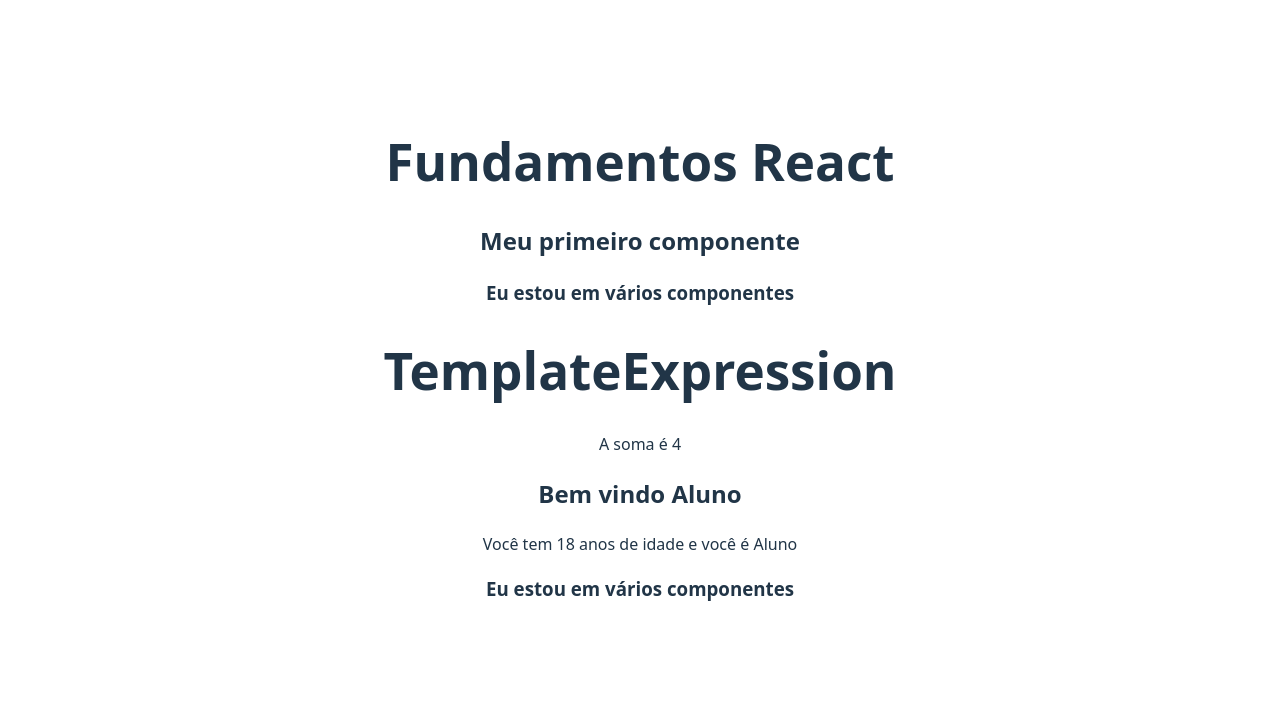
Repository: bellincanta/ReactNative
Page: / (app in Projetos/aulaReact/)
An editor plug-in stored every save of this project. The page is shown before and after the next save, followed by the edit.
The browser window is 1280 px wide. The pictures show the whole page.
The project was rebuilt for these pictures with package versions that can differ from the ones it lists, and the page was loaded fresh each time. Also part of the build but not shown: Projetos/aulaReact/vite.config.ts.

Above is the page before, as saved 2025-06-12 15:57:51.

### Projetos/aulaReact/src/App.tsx
//importação de componentes
import PrimeiroComponente from './components/PrimeiroComponente'
import TemplateExpression from './components/TemplateExpression'
import MeuComponente from './components/MeuComponente'
import Evento from './components/Evento'
import './App.css'

function App() {
  //comentário
  return (
    <>
      <div>
        {/*comentário JSX */}
       <h1>Fundamentos React</h1>
       <PrimeiroComponente/>
       <TemplateExpression/>
       <MeuComponente/>
       <Evento/>

      </div>
    </>
  )
}

export default App

### Projetos/aulaReact/src/components/PrimeiroComponente.tsx
import MeuComponente from "./MeuComponente"

//Criando componente
const PrimeiroComponente = () => {
    return (
        <div>
            <h2>Meu primeiro componente</h2>
            <MeuComponente/>
        </div>
    )
}

export default PrimeiroComponente

### Projetos/aulaReact/src/components/TemplateExpression.tsx
//Template expression

const TemplateExpression = () => {
  const name = "Aluno"

  const data = {
    idade: 18,
    funcao: "Aluno"
  }

  return (
    <div>
        <h1>TemplateExpression</h1>
        <p>A soma é { 2 + 2} </p>
        <h2>Bem vindo {name} </h2>
        <p>
          Você tem {data.idade} anos de idade e você é {data.funcao}
        </p>
    </div>
  )
}

export default TemplateExpression

### Projetos/aulaReact/src/components/MeuComponente.tsx


const MeuComponente = () => {
  return (
    <div>
        <h3>Eu estou em vários componentes</h3>
    </div>
  )
}

export default MeuComponente

### Projetos/aulaReact/src/components/Evento.tsx


const Evento = () => {

  const a : number = 10
  const b : number = 2
  const handleClick = () => {
    console.log("Executou")
  }

  //Função de renderização
  const renderSomething = (x: boolean) => {
    if (x) {
      return <h1>Renderizando verdadeiro!</h1>
    } else {
      return <h1>Renderizando falso!</h1>
    }
  }

return (b > a) && <p>Carregando....</p>

  return (
    <div>
        <button onClick={()=> console.log("Testando um evento")}>
            Clique aqui!
        </button>
      {/* Evento com função */}
      <div>
        <button onClick={handleClick}>Clique aqui com função</button>
      </div>
      {/* Função render */}
      {renderSomething(true)}
      {renderSomething(false)}
    </div>
  )
}

export default Evento

Loaded but not shown: Projetos/aulaReact/index.html (common file); Projetos/aulaReact/src/main.tsx (common file); Projetos/aulaReact/src/index.css (common file); Projetos/aulaReact/src/App.css (common file)

After the next save:
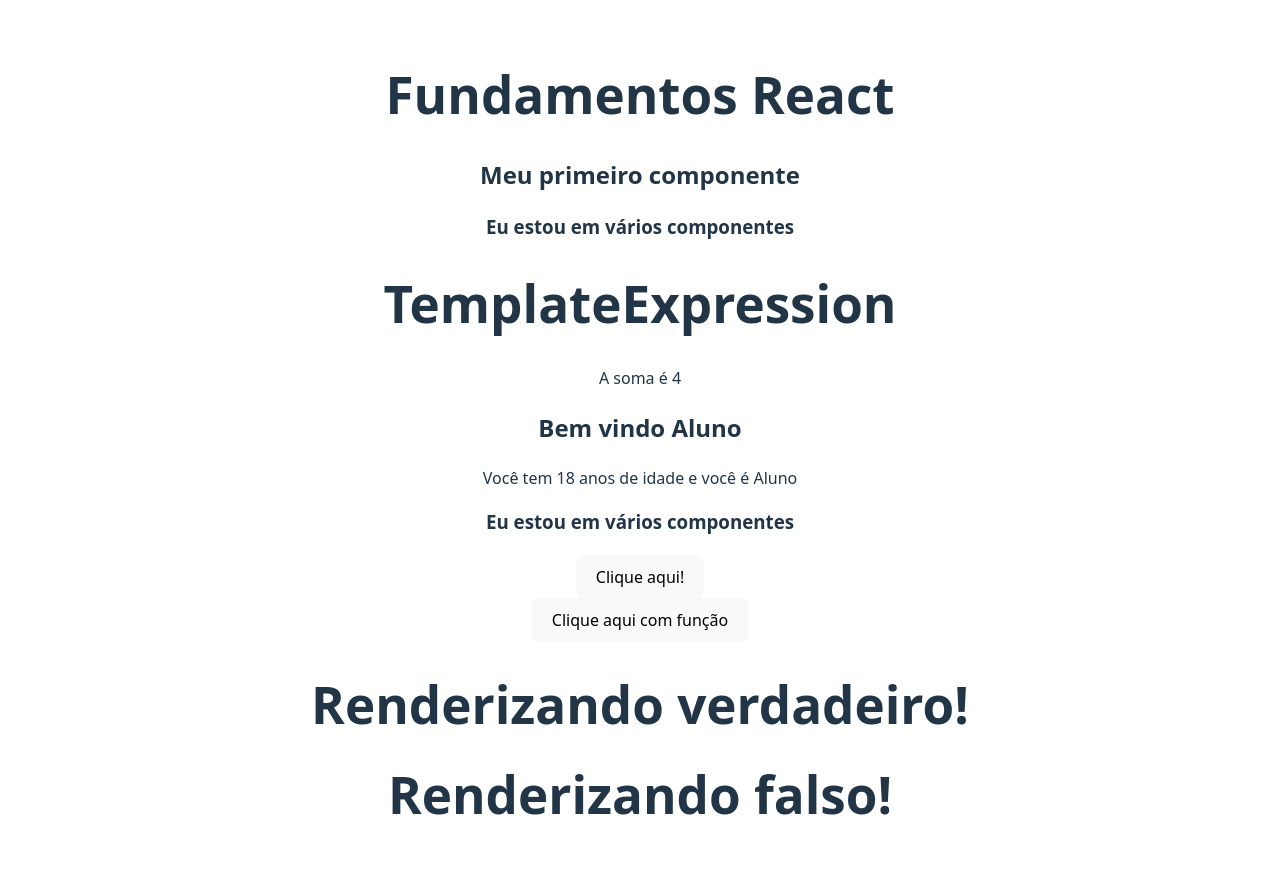
Saved 27 s later.
--- a/Projetos/aulaReact/src/components/Evento.tsx
+++ b/Projetos/aulaReact/src/components/Evento.tsx
@@ -17,7 +17,7 @@
     }
   }
 
-return (b > a) && <p>Carregando....</p>
+//return (b > a) && <p>Carregando....</p>
 
   return (
     <div>

After the save that followed:
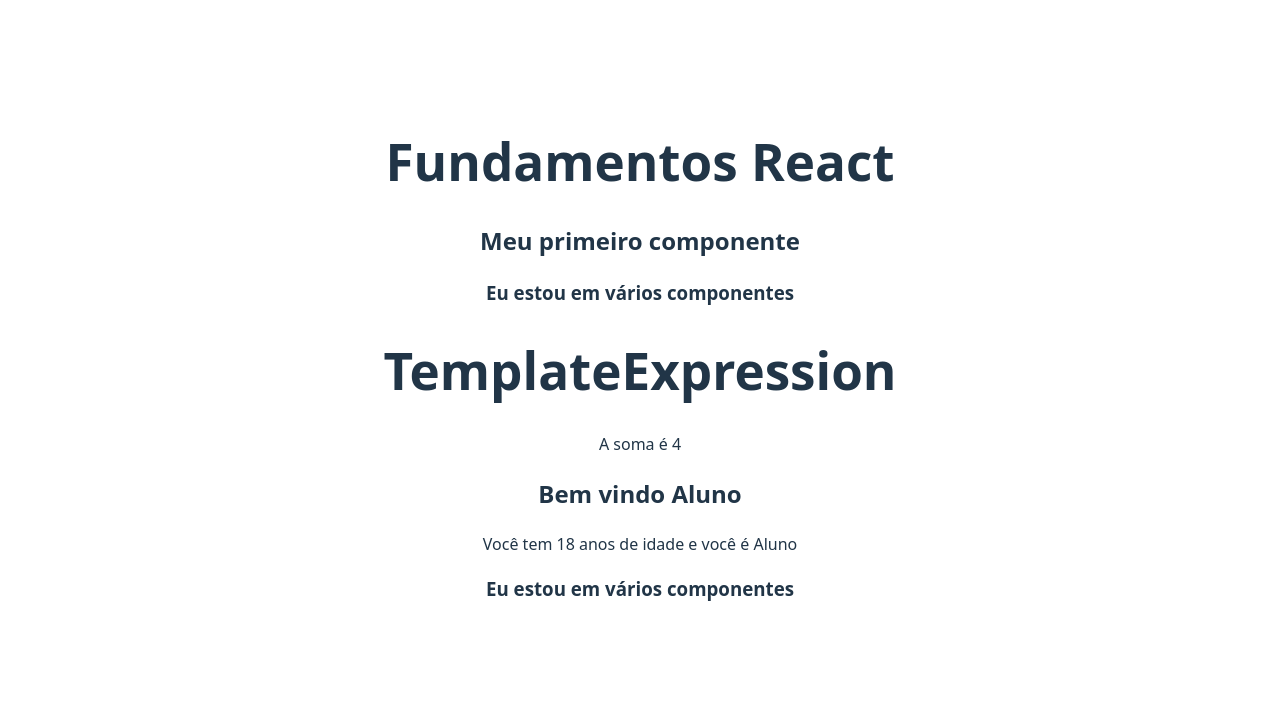
Saved 10 s later.
--- a/Projetos/aulaReact/src/components/Evento.tsx
+++ b/Projetos/aulaReact/src/components/Evento.tsx
@@ -17,7 +17,7 @@
     }
   }
 
-//return (b > a) && <p>Carregando....</p>
+return (b > a) && <p>Carregando....</p>
 
   return (
     <div>
